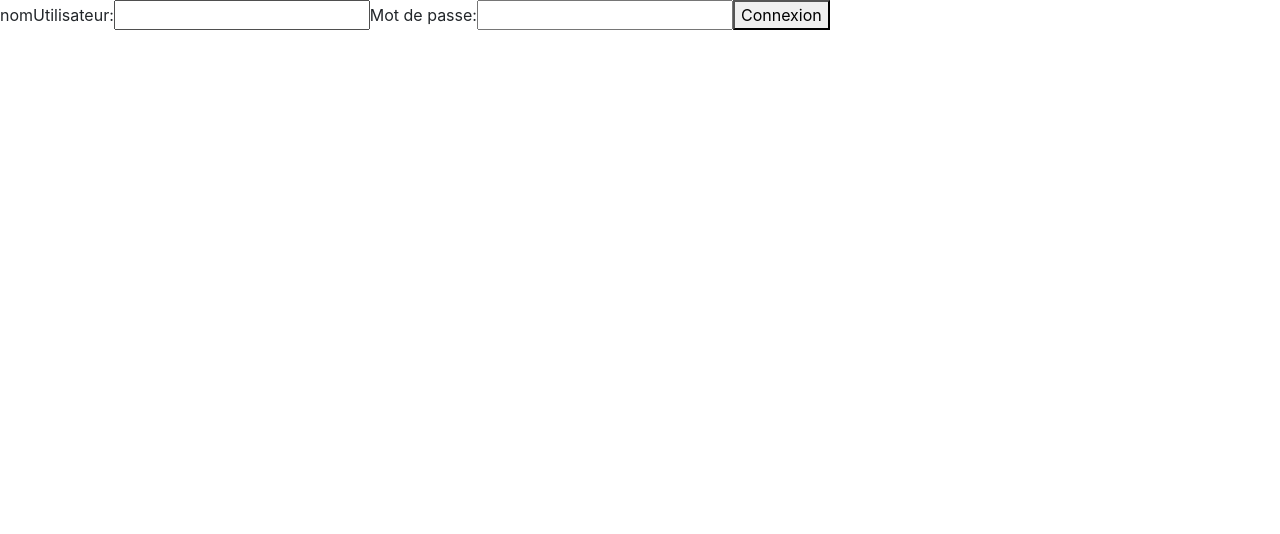
Repository: DiaryRz/FrontWeb
Page: /
These files come from the project's save history. The page is drawn as it stood at one moment and after a run of saves; the edit follows.
The browser window is 1280 px wide. The pictures show the whole page.
The project was rebuilt for these pictures with package versions that can differ from the ones it lists, and the page was loaded fresh each time. Also part of the build but not shown: src/component/css/Header.css, src/component/Header.jsx, src/page/css/AppAffichage.css, src/component/css/NavBar.css, src/component/NavBar.jsx, src/component/css/Model.css, src/component/InsertModel.jsx, src/page/AppAffichage.jsx and 26 more.

Above is the page before, as saved 2024-01-28 20:47:08.

### src/App.js
import AppAffichage from './page/AppAffichage';
import Liste from './page/Carburant';
import InsertionBoiteDeVitesse from './page/BoiteDeVitesse';
import InsertionLieu from './page/Lieu';
import InsertionMarque from './page/Marque';
import ListeDesLieux from './page/SelectLieu';
import Login from './component/Login';
import InsertionCategorie from './component/InsertionCategorie';
import ListeCarburant from './page/ListeCarburant';
import ListeCategorie from './page/ListeCategorie';
import Recherche from './page/Recherche';
import AnnonceAValider from './page/AnnonceAValiderPage';
import Chart from './page/ChartPage';
import { BrowserRouter, Route, Routes } from 'react-router-dom';
import ListeDesVit from './page/ListeBoiteDeVitessePage';
import ListeDesMar from './page/ListeMarquePage';

function App() {
  return (
    <div className="App">
      <BrowserRouter>
        <Routes>
          <Route path='/' element = {<Login/> }></Route>
          <Route path='/insertionModel' element={ <AppAffichage /> }></Route>     {/* Insertion model */}
          <Route path='/InsertionCarburant' element={ <Liste /> }></Route>
          <Route path='/InsertionBoiteDeVitesse' element={ <InsertionBoiteDeVitesse /> }></Route>
          <Route path='/InsertionLieu' element={ <InsertionLieu /> }></Route>
          <Route path='/InsertionMarque' element={ <InsertionMarque /> }></Route>
          <Route path='/SelectLieu' element={ <ListeDesLieux /> }></Route>
          <Route path='/insertionCategorie' element = {<InsertionCategorie/> }></Route>
          <Route path='/ListeCarburant' element = {<ListeCarburant/> }></Route>
          <Route path='/Recherche' element = {<Recherche/> }></Route>
          <Route path='/ListeCategorie' element = {<ListeCategorie/> }></Route>
          <Route path='/ListeBoiteVitesse' element = {<ListeDesVit/> }></Route>
          <Route path='/ListeMarque' element = {<ListeDesMar/> }></Route>
          <Route path='/AnnonceAValider' element = {<AnnonceAValider/> }></Route>
          <Route path='/statistic' element = {<Chart/> }></Route>
        </Routes>
      </BrowserRouter>
    </div>
  );
}

export default App;

### src/component/Login.js
import React, { useState } from 'react';
import { useNavigate } from 'react-router-dom';

const Login = () => {
    const [nomUtilisateur, setnomUtilisateur] = useState('');
    const [mdp, setmdp] = useState('');
    const navigate = useNavigate();

    const Inserer = async (e) => {
        e.preventDefault();
        const lieu = { nomUtilisateur, mdp };

        try {
            const response = await fetch('http://localhost:8081/utilisateurs/verifierUser', {
                method: 'POST',
                headers: { 'Content-Type': 'application/json' },
                body: JSON.stringify(lieu),
            });

            if (!response.ok) {
                throw new Error(`Erreur lors de la requête : ${response.status}`);
            } else {
                const responseData = await response.text();

                localStorage.setItem("token", responseData);
                console.log(localStorage.getItem("token"));
                navigate('/insertionModel');
            }
        } catch (error) {
            console.error('Une erreur s\'est produite lors de la requête :', error.message);
            // Vous pouvez ajouter ici la gestion de l'erreur, par exemple afficher un message à l'utilisateur.
        }
    };


    return (
        <form onSubmit={Inserer}>
            <label>nomUtilisateur:
                <input type="text" value={nomUtilisateur} onChange={(e) => setnomUtilisateur(e.target.value)} />
            </label>
            <label>Mot de passe:
                <input type="password" value={mdp} onChange={(e) => setmdp(e.target.value)} />
            </label>
            <button type="submit">Connexion</button>
        </form>
    );
};

export default Login;

Loaded but not shown: public/index.html (common file); src/index.js (common file); src/index.css (common file); src/reportWebVitals.js (common file); src/assets/bootstrap/css/bootstrap.min.css (library)

After the next 2 saves:
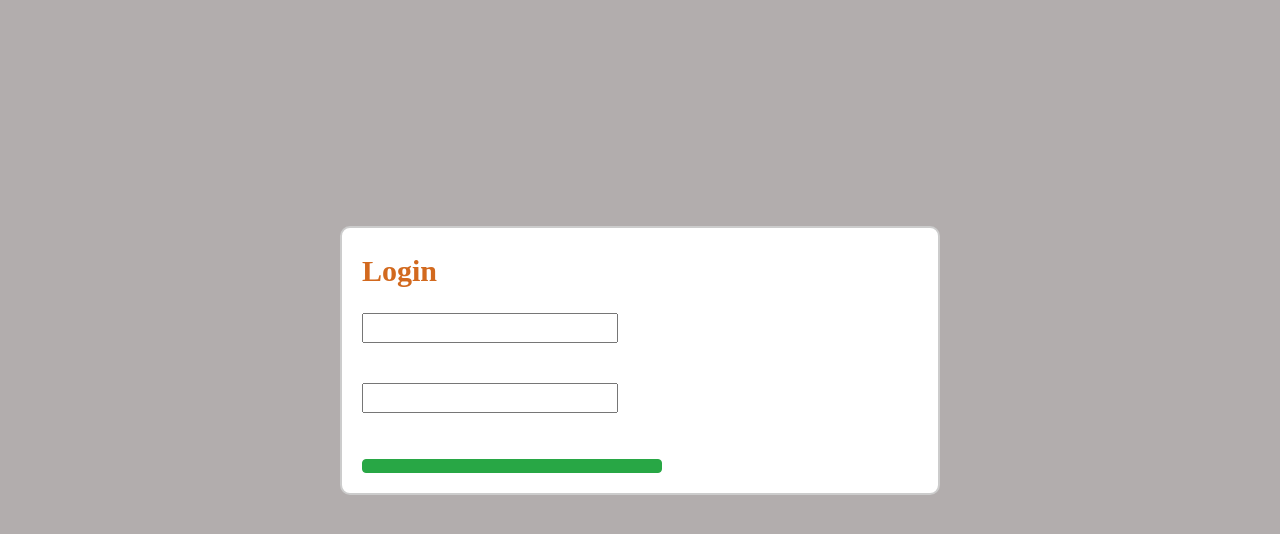
The 2 saves are shown as one change because 1 did not build or start.
The last was saved 9 min 11 s later.
--- a/src/component/Login.js
+++ b/src/component/Login.js
@@ -1,5 +1,25 @@
 import React, { useState } from 'react';
 import { useNavigate } from 'react-router-dom';
+
+
+ /* Login.css */
+ const loginContainer = {
+    display:'flex',
+    justifyContent: 'center',
+    alignItems: 'center',
+    height: '100vh',
+    background: '#b2adad',
+};
+
+
+const loginForm = {
+    width: '600px',
+    padding: '20px',
+    border: '2px solid #ccc',
+    borderRadius:'10px',
+    backgroundColor: 'white',
+
+};
 
 const Login = () => {
     const [nomUtilisateur, setnomUtilisateur] = useState('');
@@ -35,13 +55,21 @@ const Login = () => {
 
     return (
         <form onSubmit={Inserer}>
-            <label>nomUtilisateur:
-                <input type="text" value={nomUtilisateur} onChange={(e) => setnomUtilisateur(e.target.value)} />
-            </label>
-            <label>Mot de passe:
-                <input type="password" value={mdp} onChange={(e) => setmdp(e.target.value)} />
-            </label>
-            <button type="submit">Connexion</button>
+           <div style={loginContainer}>
+                    <form style={loginForm}>
+                        <div style={{ fontSize: '30px',fontFamily:'serif', marginBottom: '20px' ,color:'chocolate'}}><b>Login</b></div>
+                        <div className="mb-3">
+                        <input type="text" value={nomUtilisateur} onChange={(e) => setnomUtilisateur(e.target.value)} />
+                        </div>
+                        <div className="mb-3" style={{marginTop:'40px'}}>
+                        <input type="password" value={mdp} onChange={(e) => setmdp(e.target.value)} />
+                        </div>
+                        <button type="submit" className="btn btn-success" style={{width:'300px',marginTop:'30px'}}>
+
+                        </button>
+                    </form>
+
+                </div>
         </form>
     );
 };
